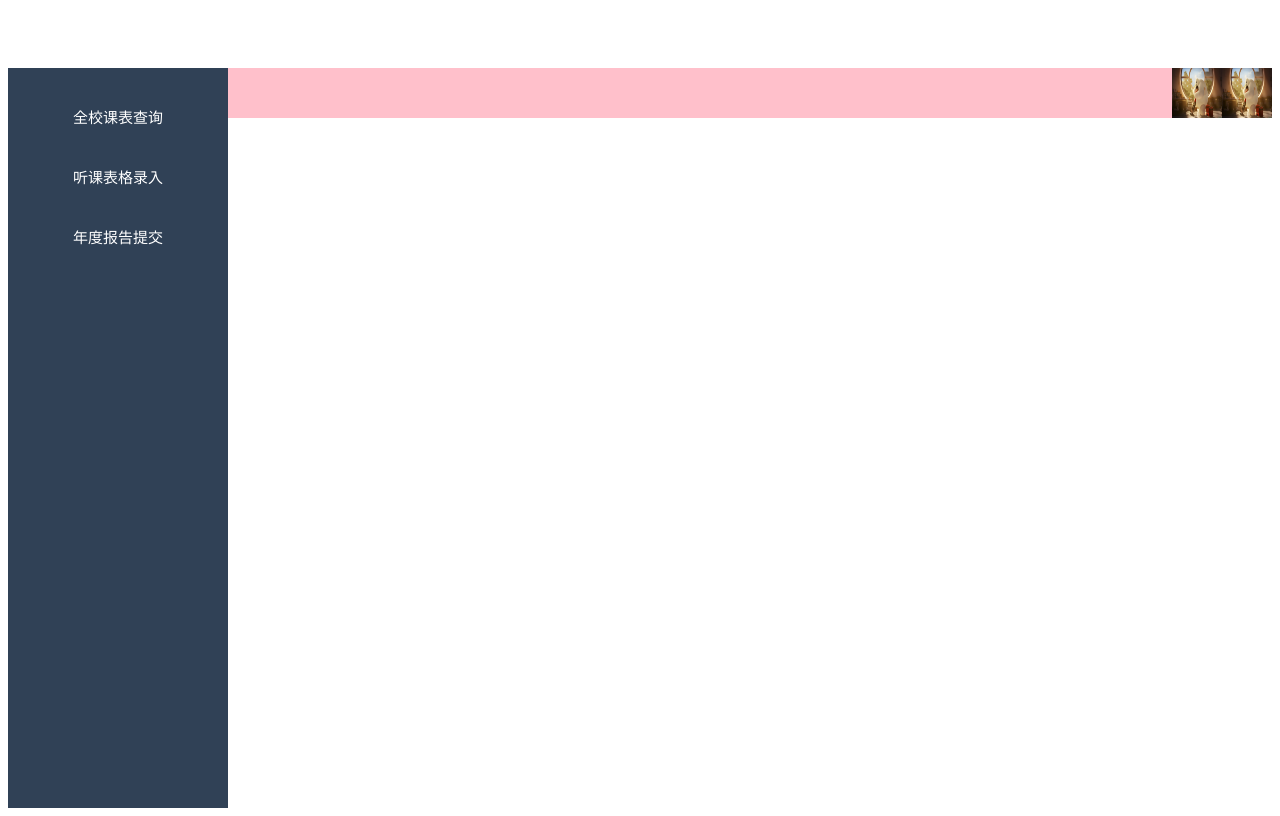
Repository: shandamengcheng/graduate-project
Page: /home
The author's editor kept a copy of each file at every save. The page is drawn from the files as they stood at one save, then again after the next save.
The browser window is 1280 px wide. The pictures show the whole page.
The project was rebuilt for these pictures with package versions that can differ from the ones it lists, and the page was loaded fresh each time. Also part of the build but not shown: src/views/Login.vue.

Above is the page before, as saved 2021-03-10 23:58:05.

After the next save:
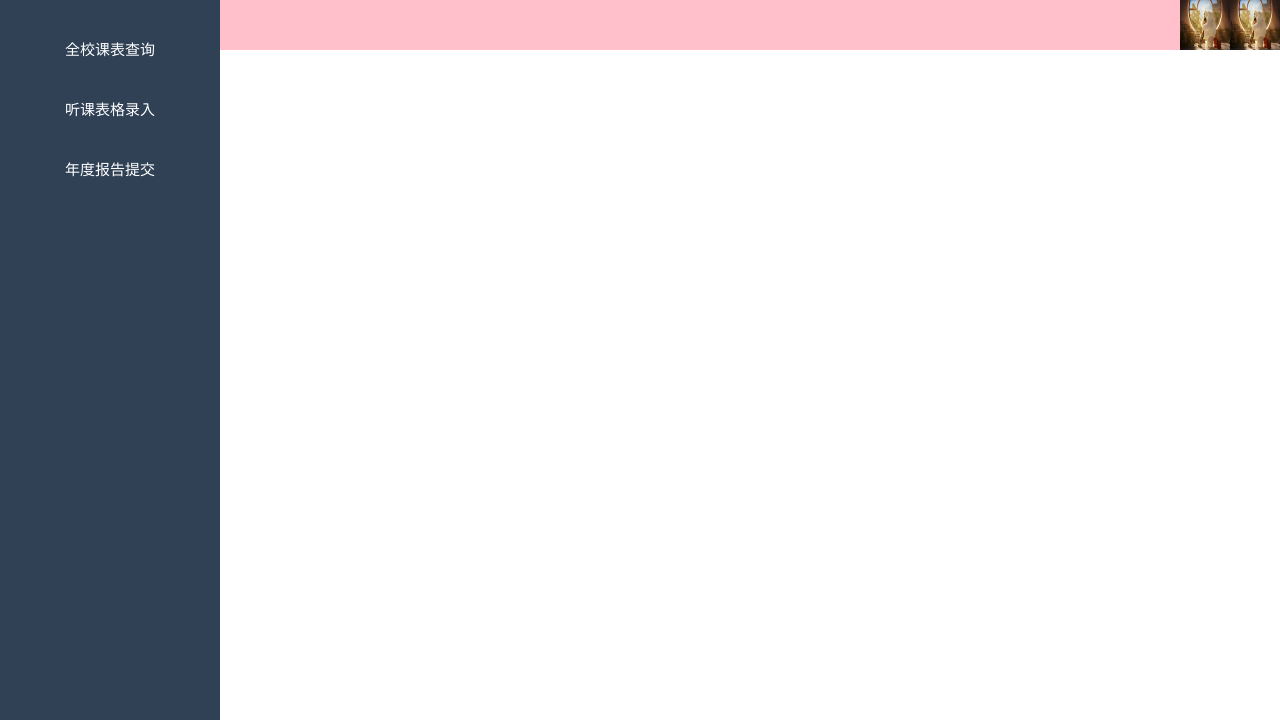
Saved 71 s later.
--- a/src/App.vue
+++ b/src/App.vue
@@ -1,30 +1,25 @@
 <template>
   <div id="app">
-    <div id="nav">
-    </div>
     <router-view/>
   </div>
 </template>
 
 <style>
-#app {
+* {
+  margin: 0;
+  padding: 0;
+  -webkit-box-sizing: inherit;
+  box-sizing: inherit;
+}
+
+#app, html, body{
   font-family: Avenir, Helvetica, Arial, sans-serif;
   -webkit-font-smoothing: antialiased;
   -moz-osx-font-smoothing: grayscale;
   text-align: center;
   color: #2c3e50;
+  height: 100%;
+  overflow: hidden;
 }
 
-#nav {
-  padding: 30px;
-}
-
-#nav a {
-  font-weight: bold;
-  color: #2c3e50;
-}
-
-#nav a.router-link-exact-active {
-  color: #42b983;
-}
 </style>
